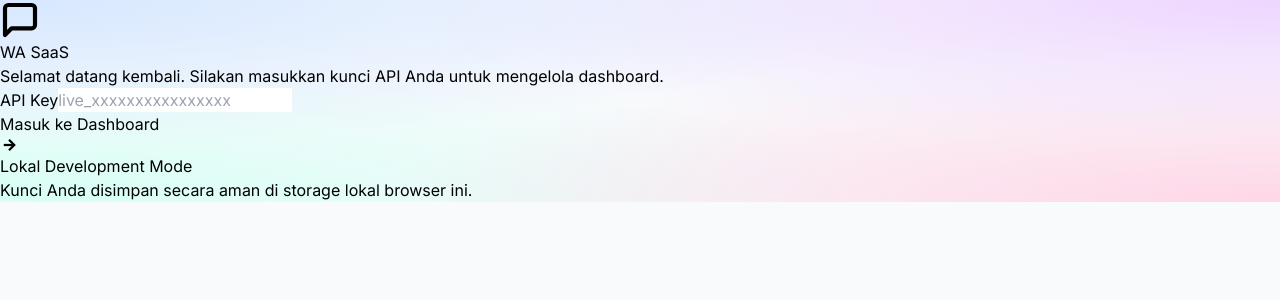
Repository: Radhityasofwan/wasaas
Page: / (app in apps/web/)
An editor plug-in stored every save of this project. The page is shown before and after the next save, followed by the edit.
The browser window is 1280 px wide. The pictures show the whole page.
The project was rebuilt for these pictures with package versions that can differ from the ones it lists, and the page was loaded fresh each time. Also part of the build but not shown: apps/web/vite.config.ts, apps/web/src/pages/Sessions.tsx, apps/web/src/pages/Inbox.tsx, apps/web/src/pages/Webhooks.tsx, apps/web/src/pages/Broadcast.tsx, apps/web/src/pages/Leads.tsx, apps/web/src/pages/ApiKeys.tsx, apps/web/src/pages/AutoReply.tsx and 4 more.

Above is the page before, as saved 2026-02-24 06:48:05.

After the next save:
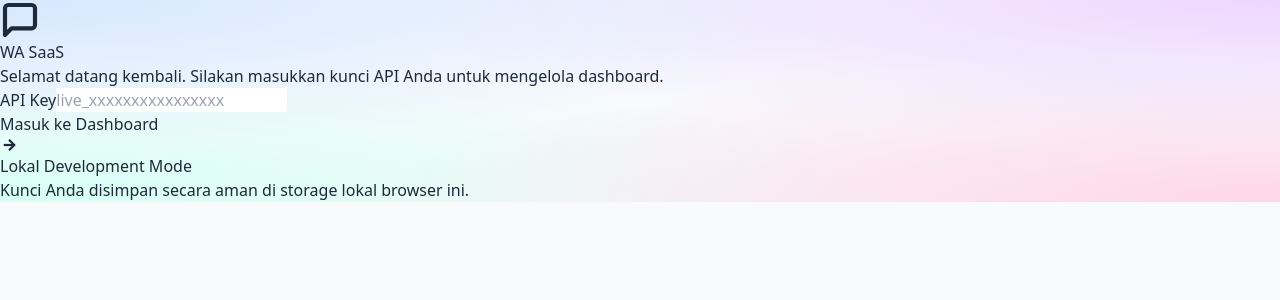
Saved 2 min 28 s later.
--- a/apps/web/src/index.css
+++ b/apps/web/src/index.css
@@ -1,34 +1,42 @@
-@import url('https://fonts.googleapis.com/css2?family=Inter:wght@400;500;600;700&display=swap');
-
 @tailwind base;
 @tailwind components;
 @tailwind utilities;
 
 @layer base {
+  :root {
+    /* MENGGUNAKAN SYSTEM FONT: Sangat ngebut, 0ms load time,
+       friendly, dan terasa seperti aplikasi native perangkat bawaan */
+    font-family: system-ui, -apple-system, BlinkMacSystemFont, 'Segoe UI', Roboto, Oxygen, Ubuntu, Cantarell, 'Open Sans', 'Helvetica Neue', sans-serif;
+  }
+
   html, body, #root {
     height: 100%;
-    /* Menggunakan font Inter standar modern */
-    font-family: 'Inter', system-ui, -apple-system, sans-serif;
-    @apply antialiased bg-slate-50;
+    width: 100%;
+    margin: 0;
+    padding: 0;
+    overscroll-behavior-y: none; /* Mencegah efek bounce-scroll berlebih di iOS */
+    @apply antialiased bg-slate-50 text-slate-800;
   }
 
-  /* Scrollbar khusus untuk Desktop */
-  @media (min-width: 768px) {
-    ::-webkit-scrollbar {
-      width: 6px;
-      height: 6px;
-    }
-    ::-webkit-scrollbar-track {
-      background: transparent;
-    }
-    ::-webkit-scrollbar-thumb {
-      @apply bg-slate-300 rounded-full;
-    }
-    ::-webkit-scrollbar-thumb:hover {
-      @apply bg-slate-400;
-    }
+  /* Custom Thin Scrollbar for iOS feel */
+  ::-webkit-scrollbar {
+    width: 5px;
+    height: 5px;
   }
 
+  ::-webkit-scrollbar-track {
+    background: transparent;
+  }
+
+  ::-webkit-scrollbar-thumb {
+    @apply bg-slate-300/50 rounded-full;
+  }
+
+  ::-webkit-scrollbar-thumb:hover {
+    @apply bg-slate-400/50;
+  }
+
+  /* Hide scrollbar for specific elements */
   .scrollbar-hide::-webkit-scrollbar {
     display: none;
   }
@@ -36,9 +44,12 @@
     -ms-overflow-style: none;
     scrollbar-width: none;
   }
+}
 
-  /* Helper untuk perangkat iOS mobile (notch area) */
-  .pb-safe {
-    padding-bottom: env(safe-area-inset-bottom);
-  }
+.glass-card {
+  @apply bg-white/40 backdrop-blur-xl border border-white/60 shadow-sm;
 }
+
+.glass-input {
+  @apply bg-white/50 border border-white/60 focus:bg-white/80 focus:border-blue-400/50 transition-all duration-300 outline-none;
+}
